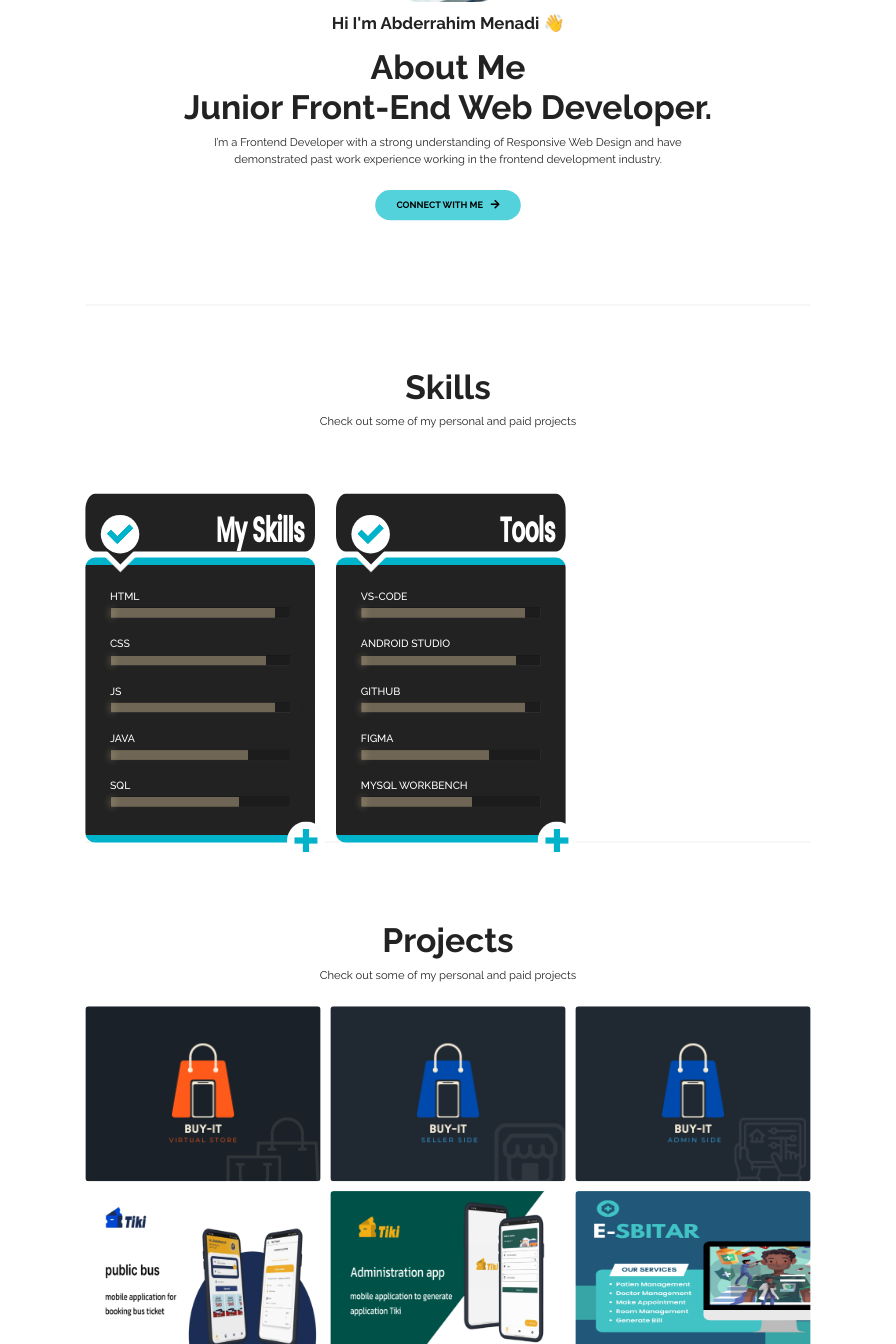
Repository: rahimmenadi/My-Website
Page: index.html
An editor plug-in stored every save of this project. The page is shown before and after the next save, followed by the edit.
The browser window is 1280 px wide. The pictures show the part of the page from y = 381 to 2301 px (the page is 2750 px tall), at 70% of full size.

Above is the page before, as saved 2023-06-22 03:11:02.

### index.html
<!DOCTYPE html>
<html lang="en">
  <head>
    <meta charset="UTF-8" />
    <meta http-equiv="X-UA-Compatible" content="IE=edge" />
    <meta name="viewport" content="width=device-width, initial-scale=1.0" />
    <title>Abderrahim website</title>
    <!-- Primary Meta Tags -->


    <!-- Open Graph / Facebook -->

    <!-- Twitter -->


    <!-- Link -->
    <link
      rel="apple-touch-icon"
      sizes="180x180"

    />
    <link
      rel="icon"

    />
    <link
      rel="icon"
    />
    <link
      rel="icon"

    />
    <link
      rel="icon"
      type="image/png"
      sizes="512x512"

    />
    <link rel="icon" type="image/x-icon" style="width: 10px;" href="assets/favicon/favicon.ico" />
    <link rel="manifest" href="assets/favicon/site.webmanifest" />
    <link
      rel="stylesheet"
      href="https://use.fontawesome.com/releases/v5.15.4/css/all.css"
      integrity="sha384-DyZ88mC6Up2uqS4h/KRgHuoeGwBcD4Ng9SiP4dIRy0EXTlnuz47vAwmeGwVChigm"
      crossorigin="anonymous"
    />
    <link rel="stylesheet" href="css/style.css" />
    <link rel="stylesheet" href="css/utilities.css" />
    <link rel="stylesheet" href="css/skills.css">
  </head>
  <body>
    <header id="hero">
      <!-- Navbar -->
      <nav class="navbar">
        <div class="container">
          <!-- Logo -->
          <h1 id="logo">
            <a href="index.html"
              ><img src="./assets/my-logo.png" alt="Your Logo"
            /></a>
          </h1>
          <!-- Navbar links -->
          <ul class="nav-menu">
            <li><a class="nav-link" href="#projects">PROJECTS</a></li>
            <li><a class="nav-link" href="#">CONTACT</a></li>
            <li><a class="nav-link" href="#">BlOG</a></li>
            <li>
              <a
                class="nav-link btn btn-primary"
                href="https://drive.google.com/file/d/1Vr3cuGUzEaZS90SvZUjXhywFSRYMYiCT/view?usp=drive_link"
                >RESUME <i class="fas fa-arrow-right"></i
              ></a>
            </li>

            <!-- Toggle switch -->
            <div class="theme-switch">
              <input type="checkbox" id="switch" />
              <label class="toggle-icons" for="switch">
                <img class="moon" src="assets/moon.svg" />
                <img class="sun" src="assets/sun.svg" />
              </label>
            </div>
            <!-- Hamburger menu -->
          </ul>
          <div class="hamburger">
            <span class="bar"></span>
            <span class="bar"></span>
            <span class="bar"></span>
          </div>
        </div>
      </nav>

      <section class="header-container">
        <img
          class="profile-image"
          src="assets/profile.jpg"
          alt=""
        />
        <h1>Hi I'm Abderrahim Menadi <span class="wave">👋</span></h1>

        <div class="content-text">
          <h2>About Me</h2>
          <h2>Junior Front-End Web Developer.</h2>

          <p>
            I’m a Frontend Developer with a strong understanding of Responsive Web Design
             and have demonstrated past work experience working in the frontend development industry.
          </p>
        </div>
        <a
                class="nav-link btn btn-primary"
                href="https://linktr.ee/abderrahimmeandi"
                >Connect With Me <i class="fas fa-arrow-right"></i
              ></a>





      </section>
    </header>
    <section id="projectsskills" class="project-container container">
      <div class="division"></div>
      <div class="content-text">
        <h2>Skills</h2>
        <p>Check out some of my personal and paid projects</p>
      </div>
 <article class="project">

        <!-- Project 1 -->
        <div class="content">
          <div class="profile-skills">
            <div>
              <input type="checkbox" id="sk1">
              <label for="sk1"></label>
              <ul class="skills skills1">
                <li class="sk-cms"><span>HTML</span></li>
                <li class="sk-dtb"><span>CSS</span></li>
                <li class="sk-dis"><span>JS</span></li>
                <li class="sk-pro"><span>Java</span></li>
                <li class="sk-ani"><span>SQL</span></li>
                <li class="more">
                  <input type="checkbox" id="more-con"><label for="more-con"></label>
                  <div><span>RWD</span><span>Animation</span><span>CHARTS</span><span>API</span><span>BE Linker</span><span>BDD</span></div>
                </li>
              </ul>
            </div>
            <div>
            <input type="checkbox" id="sk2">
            <label for="sk2"></label>
            <ul class="skills skills2">
              <li class="sk-gim"><span>VS-code</span></li>
              <li class="sk-not"><span>Android Studio</span></li>
              <li class="sk-wor"><span>Github</span></li>
              <li class="sk-tri"><span>figma</span></li>
              <li class="sk-ado"><span>MySQL Workbench</span></li>

              <li class="more">
                <input type="checkbox" id="more-pro"><label for="more-pro"></label>
                <div><span>GIT</span><span>Firebase</span><span>IntelliJ IDEA</span><span>Visual paradigm</span></div>
              </li>
            </ul>
            </div>

        </div>
      </article>


    </section>

    <!-- Projects -->
    <section id="projects" class="project-container container">
      <div class="division"></div>
      <div class="content-text">
        <h2>Projects</h2>
        <p>Check out some of my personal and paid projects</p>
      </div>

      <article class="project">
        <!-- Project 1 -->
        <div href="" class="card">
          <div class="project-info">
            <div class="project-bio">
              <h3>Buy-it</h3>
              <p>HTML, CSS, SASS, JS, Node-JS</p>
            </div>

            <div class="project-link">
              <a href="https://github.com/rahimmenadi/projectx" target="_blank"><i class="fab fa-github"></i></a>
              <a href="#" target="_blank"><i class="fas fa-globe"></i></a>
            </div>
          </div>
        </div>

        <!-- Project 2 -->
        <div href="" class="card">
          <div class="project-info">
            <div class="project-bio">
              <h3>Buy-it Seller Side</h3>
              <p>HTML, CSS, SASS, JS, Node-JS</p>
            </div>

            <div class="project-link">
              <a href="https://github.com/rahimmenadi/projectx" target="_blank"><i class="fab fa-github"></i></a>
              <a href="#" target="_blank"><i class="fas fa-globe"></i></a>
            </div>
          </div>
        </div>

        <!-- Porject 3 -->
        <div href="" class="card">
          <div class="project-info">
            <div class="project-bio">
              <h3>Buy-it Admin Side</h3>
              <p>HTML, CSS, SASS, JS, Node-JS</p>
            </div>

            <div class="project-link">
              <a href="https://github.com/rahimmenadi/projectx" target="_blank"><i class="fab fa-github"></i></a>
              <a href="#" target="_blank"><i class="fas fa-globe"></i></a>
            </div>
          </div>
        </div>

        <!-- Project 4 -->
        <div href="" class="card">
          <div class="project-info">
            <div class="project-bio">
              <h3>Tiki</h3>
              <p>Java,  Firebase</p>
            </div>

            <div class="project-link">
              <a href="https://github.com/rahimmenadi/Tiki" target="_blank"><i class="fab fa-github"></i></a>
              <a href="https://mega.nz/file/mu5gybiB#gw8IHSz2v9bFG0ZwwQFL_AMZv8WIdCRUhiW0hA_XVq8" target="_blank"><i class="fas fa-globe"></i></a>
            </div>
          </div>
        </div>

        <!-- Project 5 -->
        <div href="" class="card">
          <div class="project-info">
            <div class="project-bio">
              <h3>Tiki Admin</h3>
              <p>Java,  Firebase</p>
            </div>

            <div class="project-link">
              <a href="https://github.com/rahimmenadi/Tiki" target="_blank"><i class="fab fa-github"></i></a>
              <a href="https://mega.nz/file/K7xAAYyK#4BQzPwOJpC8L00cKX2bVBURrUfcqUJ3T-dvLVdOQe9E" target="_blank"><i class="fas fa-globe"></i></a>
            </div>
          </div>
        </div>

        <!-- Project 6 -->
        <div href="" class="card">
          <div class="project-info">
            <div class="project-bio">
              <h3>E-sbitar</h3>
              <p>JavaFX, CSS, SQL</p>
            </div>

            <div class="project-link">
              <a href="https://github.com/rahimmenadi/E-SBITAR" target="_blank"><i class="fab fa-github"></i></a>
              <a href="https://drive.google.com/drive/folders/1nvo8g8NKInz3Hvw1Pheuo8E3XhV_Ej0T?usp=drive_link" target="_blank"><i class="fas fa-globe"></i></a>
            </div>
          </div>
        </div>
      </article>

      <a href="https://github.com/rahimmenadi" class="btn btn-secondary"
        target="_blank" >See More <i class="fas fa-arrow-right"></i
      ></a>
    </section>

    <footer id="footer">
      <div class="container">
        <a href="mailto:a.menadi@esi-sba.dz">a.menadi@esi-sba.dz</a>
        <!-- Social links -->
        <div class="social">

          <a href="https://www.linkedin.com/in/abderrahim-menadi/" target="_blank"
            ><img src="./assets/linkedin-icon.svg" alt="Linkedin"
          /></a>
          <a href="https://github.com/rahimmenadi" target="_blank"><img src="./assets/github-icon.svg" alt="GitHub" /></a>

        </div>
        <!-- Attribution -->
        <div class="attribution">

            <img
              src="/assets/my-logo.png"
              alt="attribution"
              width="80px"

            />

        </div>
        <p>Copyright &copy; Abderrahim-Menadi <span id="datee"></span>, All rights reserved</p>
      </div>
    </footer>
    <script src="js/script.js"></script>
  </body>
</html>

### css/skills.css
/*** IN PROGRESS ***/

@import url("https://fonts.googleapis.com/css2?family=Roboto:wght@300;400;500&display=swap");
@import url('https://fonts.googleapis.com/css2?family=Poppins:ital,wght@0,500;1,200;1,300&display=swap');
:root {
	--c1: #00B2CA;
	--b2: #222;
	--b3: #FFE3B3;
	--w1: #fff;
	--w2: #fff;
	--t1: all 0.5s ease 0s;
}



.content {
	box-sizing: border-box;
position: relative;
align-items: center;
}

.content :before,
.content :after {
	box-sizing: border-box;
	content: "";
}

.content {
	width: 80vw;
	height: 56vh;
	background: #fff0;
    position: relative;
align-items: center;
}

.profile-skills {
	display: flex;
	top: 150px;
	position: relative;
	width: 100%;
	align-items: flex-start;
}

.profile-skills > div {
	width: 32%;
	margin-right: 3%;
	border-radius: 2px;
	position: relative;
}

ul.skills {
	width: 100%;
	position: relative;
	padding: 25px 35px;
	background: linear-gradient(0deg, var(--c1) 0 10px,	var(--b2) 0 calc(100% - 10px), var(--c1) 0 100%);
    border-radius: 14px;
}

ul.skills2 {
	--c1: #00B2CA;
}

ul.skills3 {
	--c1: #00B2CA;
}

ul.skills:before {
	content: "My Skills";

	position: absolute;
	top: -75px;
	height: 50px;
	color: var(--w1);
	background-color: var(--b2);
	width: 100%;
	left: 0;
	padding: 15px 15px 0 0;
	text-align: end;
	font-weight: 600;
    font-family:Poppins ;
	z-index: 1;
	transition: var(--t1);
	font-size: 30px;
	line-height: 35px;
	transform: scaleY(1.65);
    border-radius: 14px;
}

ul.skills2:before {
	content: "Tools";
}

ul.skills3:before {
	content: "Codes";
}

ul.skills:after {
	content: "";
	position: absolute;
	border: 40px solid #fff0;
	border-top-color: var(--b2);
	top: -30px;
	left: 10px;
	z-index: 0;
	transition: var(--t1);
	filter: drop-shadow(0 11px 0.1px var(--w1));
}

ul.skills:hover:before,
label:hover + ul.skills:before,
input:checked + label + ul.skills:before {
	transition: var(--t1);
	background-color: #00B2CA;
	background-position: 0 50%;
}
ul.skills:hover:after,
label:hover + ul.skills:after,
input:checked + label + ul.skills:after {
	top: -20px;
	transition: var(--t1);
	border-top-color: #00B2CA;
}

ul.skills2:hover:before,
label:hover + ul.skills2:before,
input:checked + label + ul.skills2:before {
	background-color: #00B2CA;
}
ul.skills2:hover:after,
label:hover + ul.skills2:after,
input:checked + label + ul.skills2:after {
border-top-color:#00B2CA    ;
}

ul.skills3:hover:before,
label:hover + ul.skills3:before,
input:checked + label + ul.skills3:before {
	background-color: #00B2CA;
}
ul.skills3:hover:after,
label:hover + ul.skills3:after,
input:checked + label + ul.skills3:after {
	border-top-color: #00B2CA;
}

ul.skills li {
	--per: 50;
	--dur: calc(calc(var(--per) / 100) * 1.5s);
	margin: 0 0 5px 0;
	list-style: none;
	padding: 20px 0;
	position: relative;
	text-transform: uppercase;
	font-size: 15px;
	color: var(--w2);
}

ul.skills li:before {
	content: "";
	position: absolute;
	background: #1c1c1c;
	height: 16px;
	width: 100%;
	left: 0;
	bottom: 0;
	border-radius: 2px;
	border: 1px solid #111;
	border-color: #111 #323232 #323232 #111;
	--track: #ffe3b359;
	background: linear-gradient(
		90deg,
		var(--track) calc(calc(var(--per) * 1%) + 4px),
		#1c1c1c calc(calc(var(--per) * 1%) + 4px)
	);
}

ul.skills2 li:before {
	--track: #ffe3b359;
}

ul.skills3 li:before {
	--track: #ffe3b359;
}

ul.skills li:after {
	content: "";
	height: 11px;
	margin: 0 0 2px 0;
	background: #FFE3B3;
	position: absolute;
	box-shadow: 0px 0px 10px 1px #FFE3B3;
	left: 3px;
	width: 0%;
	bottom: 0;
	transition: all var(--dur) ease 0s;
	animation: start 1s ease 0s 2 alternate;
}

ul.skills2 li:after {
	background: #FFE3B3;
	box-shadow: 0px 0px 10px 1px #FFE3B3;
}

ul.skills3 li:after {
	background: #FFE3B3;
	box-shadow: 0px 0px 10px 1px #FFE3B3;
}

ul.skills li:hover {
	filter: brightness(1.5);
	transition: var(--t1);
}

ul.skills:hover li:after,
label:hover + ul.skills li:after,
input:checked + label + ul.skills li:after {
	width: calc(calc(var(--per) * 1%) - 2px);
}

@keyframes start {
	100% {
		width: calc(calc(var(--per) * 1%) - 2px);
	}
}

ul.skills2 li:after {
	animation-delay: 0.5s;
}
ul.skills3 li:after {
	animation-delay: 1s;
}

ul.skills li span {
	font-weight: 500;
}

ul.skills li span:before {
	position: absolute;
	right: -25px;
	top: 43px;
	transition: var(--t1);
	content: "";
	opacity: 1;
	border: 7px solid #fff0;
}

ul.skills li:hover span:before,
.profile-skills input:checked + label + ul.skills li span:before {
	transition: var(--t1);
	right: calc(calc(calc(100 - var(--per)) * 1%) - 12px);
	opacity: 1;
	border-right-color: #00B2CA;
}

ul.skills2 li:hover span:before,
.profile-skills input:checked + label + ul.skills2 li span:before {
	border-right-color: #00B2CA;
}

ul.skills3 li:hover span:before,
.profile-skills input:checked + label + ul.skills3 li span:before {
	border-right-color: #00B2CA;
}

ul.skills li span:after {
	position: absolute;
	right: -40px;
	top: 38px;
	transition: var(--t1);
	counter-reset: percent var(--per);
	/*content: counter(percent) "%";*/
	content: counter(percent);
	color: var(--b2);
	opacity: 1 !important;
	padding: 4px 6px;
	border-radius: 1px;
	font-weight: bold;
	pointer-events: none;
}

ul.skills li:hover span:after,
.profile-skills input:checked + label + ul.skills li span:after {
	transition: var(--t1);
	right: calc(calc(85 - var(--per)) * 1%);
	right: calc(calc(calc(100 - var(--per)) * 1%) - 40px);
	opacity: 1;
	background: var(--c1);
}

ul.skills2 li:hover span:after {
	background: #00B2CA;
}

ul.skills3 li:hover span:after {
	background: #00B2CA;
}

/*********************/
/*** SKILLS VALUES ***/
/*********************/

ul.skills li.sk-ani { --per: 70; }
ul.skills li.sk-cms { --per: 90; }
ul.skills li.sk-dis { --per: 90; }
ul.skills li.sk-dtb { --per: 85; }
ul.skills li.sk-pro { --per:75; }


ul.skills li.sk-gim { --per: 90; }
ul.skills li.sk-ado { --per: 60; }
ul.skills li.sk-not { --per: 85; }
ul.skills li.sk-tri { --per: 70; }
ul.skills li.sk-wor { --per: 90; }
ul.skills li.sk-tre { --per: 65; }

ul.skills li.sk-css { --per: 95; }
ul.skills li.sk-htm { --per: 90; }
ul.skills li.sk-jav { --per: 70; }
ul.skills li.sk-php { --per: 80; }
ul.skills li.sk-sql { --per: 65; }
ul.skills li.sk-pug { --per: 40; }

/*********************/
/***** TOP LABELS ****/
/*********************/

.profile-skills input {
	display: none;
}

.profile-skills label {
	background: var(--w1);
	position: absolute;
	top: -61px;
	left: 22px;
	z-index: 2;
	width: 55px;
	height: 55px;
	border-radius: 100%;
	cursor: pointer;
	transition: var(--t1);
	box-shadow: 0 0 0 0 var(--w1);
}

.profile-skills label:before {
	content: "";
	background: #fff0;
	position: absolute;
	top: 12px;
	left: 11px;
	z-index: 2;
	border: 9px solid var(--b2);
	border-top-width: 0;
	border-right-width: 0;
	transform: rotate(-45deg);
	width: 33px;
	height: 22px;
	border-radius: 2px;
	transition: var(--t1);
}

.profile-skills label:hover {
	box-shadow: 0 0 0 3px var(--w1);
	transition: var(--t1);
}

.profile-skills label:hover:before {
	border-color: var(--b2);
	transition: var(--t1);
}

.profile-skills input:checked + label {
	box-shadow: 0 0 0 6px var(--w1);
	transition: var(--t1);
}

.profile-skills input:checked + label:before {
	border-color: #00B2CA;
}

.profile-skills input#sk2:checked + label:before {
	border-color: #00B2CA;
}

.profile-skills input#sk3:checked + label:before {
	border-color: #00B2CA;
}

label[for="sk1"] {
	/*left: -10px;*/
}
label[for="sk2"] {
	/*left: calc(34% - 6px);*/
}


label[for="sk1"]:before {
	border-color: #00B2CA;
}
label[for="sk2"]:before {
	border-color: #00B2CA;
}
label[for="sk3"]:before {
	border-color: #00B2CA;
}

/*********************/
/*** BOTTOM LABELS ***/
/*********************/

ul.skills li.more {
	padding: 0;
	margin-bottom: 20px;
}

ul.skills li.more:before,
ul.skills li.more:after {
	display: none;
}

ul.skills li.more:hover {
	filter: none !important;
}

ul.skills li.more div {
	max-height: 0;
	transition: var(--t1);
	overflow: hidden;
	padding: 0;
	width: 100%;
}
ul.skills li.more input:checked ~ div {
	max-height: 150px;
	transition: var(--t1);
	padding: 20px 0 0;
}

ul.skills li.more div span:before,
ul.skills li.more div span:after {
	display: none;
}

ul.skills li.more label {
	background: linear-gradient(163deg, var(--b2) 50%, var(--w1) 50%);
	right: 0;
	left: inherit;
	top: inherit;
	bottom: -70px;
	color: var(--b2);
	background-size: 100% 300%;
	background-position-y: 100%;
	transition: var(--t1);
	width: 55px;
	height: 55px;
	right: -50px;
}

ul.skills li.more label:before {
	border: 0;
	height: 100%;
	width: 100%;
	transform: rotate(0deg);
	content: "+";
	content: "\271A";
	font-size: 45px;
	line-height: 55px;
	left: 0;
	top: 0;
	text-align: center;
	color: var(--c1);
}

ul.skills li.more label:hover {
	background-position-y: 0%;
	color: var(--w1) !important;
	transition: var(--t1);
	box-shadow: 0 0 0 10px var(--w1);
}

ul.skills li.more span {
	background: #1c1c1c;
	border-radius: 1px;
	margin: 10px 10px 1px 1px;
	padding: 4px 8px;
	display: inline-block;
	border: 1px solid #111;
	border-color: #111 #323232 #323232 #111;
}

ul.skills li.more span:hover {
	color: var(--w0);
	background: var(--c1);
	box-shadow: 0px 0px 5px 1px var(--c1);
	border-color: #fff2;
}

ul.skills li.more input:checked + label {
	box-shadow: 0 0 0 9px var(--w1);
	background-position-y: 0%;
	color: var(--w0);
	bottom: -70px;
}

ul.skills li.more input:checked + label:before {
	content: "\2759";
	transform: rotate(90deg);
	font-weight: 600;
}

ul.skills li.more input:checked + label:hover {
	box-shadow: 0 0 0 0 var(--w1);
	background-position-y: 100%;
	color: var(--b2) !important;
}

/*********************/
/*** MEDIA QUERIES ***/
/*********************/

@media only screen and (max-width: 1024px) {
	.content { height: 60vh; }
	.profile-skills {
		flex-direction: row;
    flex-wrap: wrap;
		top: 20px;
	}
	.profile-skills > div {
		width: 47% !important;
	}
	.profile-skills > div:nth-child(3) {
		width: 98% !important;
		margin-top: 120px;
	}
}



@media only screen and (max-width: 768px) {
	.content { height: 60vh; }
	.profile-skills {
		flex-direction:column;
    flex-wrap: wrap;
		top: 100px;
	}
	.profile-skills > div {
		width: 98% !important;
	}
	.profile-skills > div:nth-child(2),
	.profile-skills > div:nth-child(3) {
		margin-top: 120px;
	}
	ul.skills li:after {
		width: calc(calc(var(--per) * 1%) - 2px);
	}
	ul.skills li span:before {
		transition: var(--t1);
		right: calc(calc(96.5 - var(--per)) * 1%);
		opacity: 1;
		border-right-color: #00B2CA;
	}
	ul.skills2 li span:before {
		border-right-color: #00B2CA;
	}
	ul.skills3 li span:before {
		border-right-color: #00B2CA;
	}
	ul.skills li span:after {
		transition: var(--t1);
		right: calc(calc(calc(100 - var(--per)) * 1%) - 40px);
		opacity: 1;
		background: var(--c1);
	}
}

Loaded but not shown: js/script.js (67 lines, source omitted); css/style.css (371 lines, source omitted); css/utilities.css (182 lines, source omitted)

After the next save:
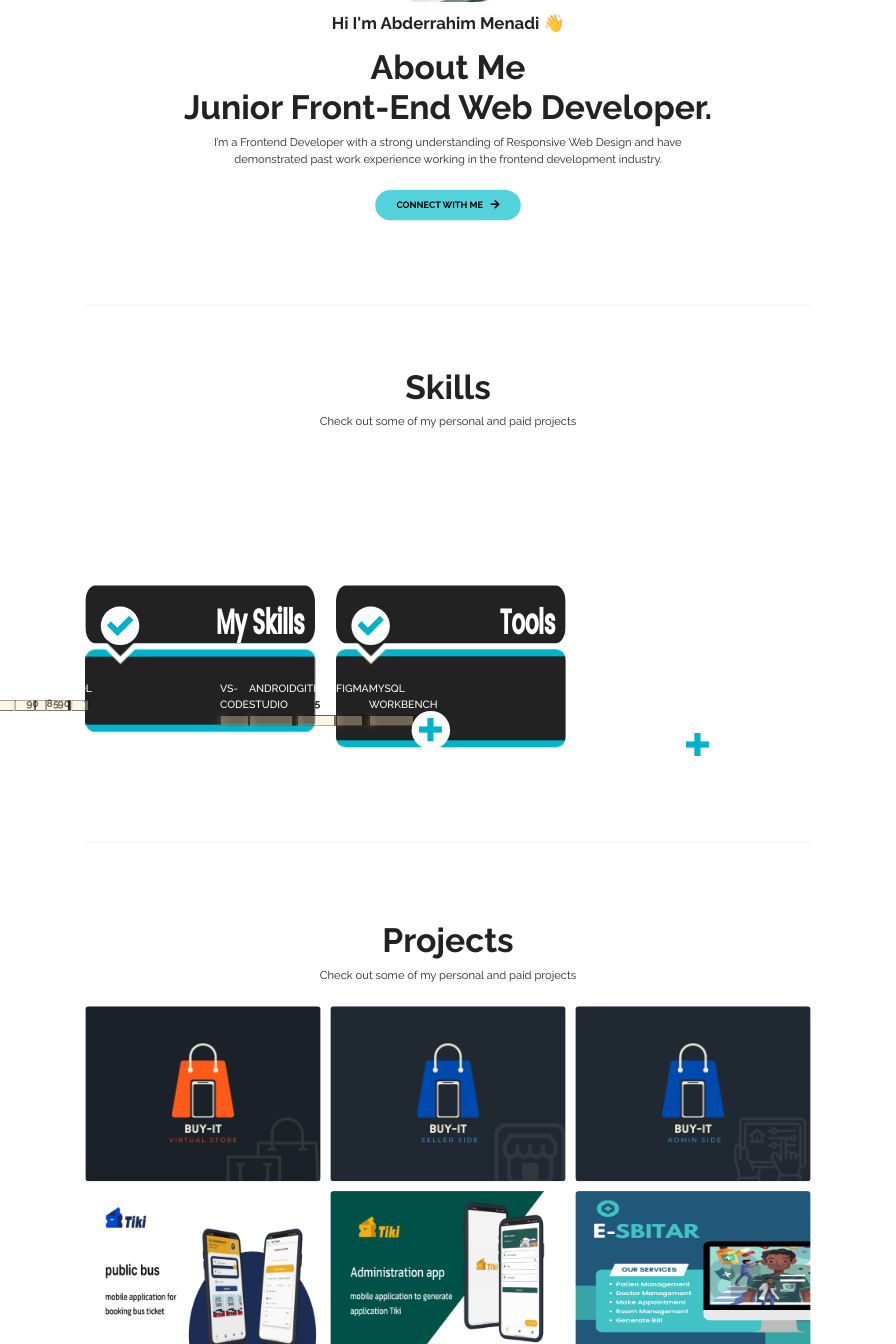
Saved 107 s later.
--- a/css/skills.css
+++ b/css/skills.css
@@ -571,3 +571,33 @@ ul.skills li.more input:checked + label:hover {
 		background: var(--c1);
 	}
 }
+.content {
+	display: flex;
+	justify-content: center;
+  }
+
+  .profile-skills {
+	display: flex;
+  }
+
+  .skills {
+	list-style-type: none;
+	padding: 0;
+	display: flex;
+	justify-content: center;
+  }
+
+  .skills li {
+	margin-right: 10px;
+  }
+
+  .more {
+	display: flex;
+	align-items: center;
+	margin-top: 10px;
+  }
+
+  .more div {
+	display: flex;
+	justify-content: center;
+  }
